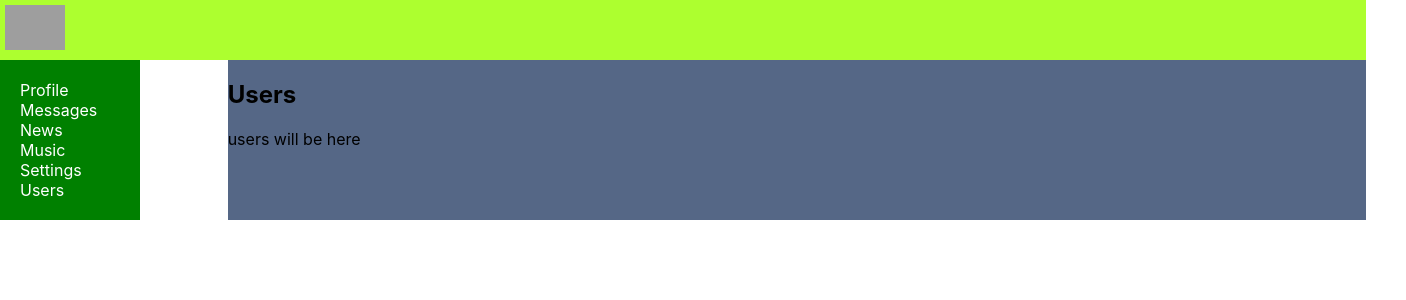
Repository: AndreyMykulych/FirstProject
Page: /users
These files come from the project's save history. The page is drawn as it stood at one moment and after the next save; the edit follows.
The browser window is 1280 px wide. The page is 1366 px wide, then 1406 px, so the pictures cover 1406 px, including what lies to the right of the window. The pictures show the whole page.
Pictures or frames that could not be fetched are drawn as grey boxes. The project was rebuilt for these pictures with package versions that can differ from the ones it lists, and the page was loaded fresh each time. Also part of the build but not shown: src/components/Profile/MyPosts/MyPosts.module.css, src/components/Profile/MyPosts/Post/Post.module.css, src/components/Profile/MyPosts/Post/Post.jsx, src/components/Profile/MyPosts/MyPosts.jsx, src/components/Profile/MyPosts/MyPostsContainer.jsx, src/components/Profile/ProfileInfo/ProfileInfo.module.css, src/components/Profile/ProfileInfo/ProfileInfo.jsx, src/components/Profile/Profile.jsx and 4 more.

Above is the page before, as saved 2022-06-27 15:01:01.

After the next save:
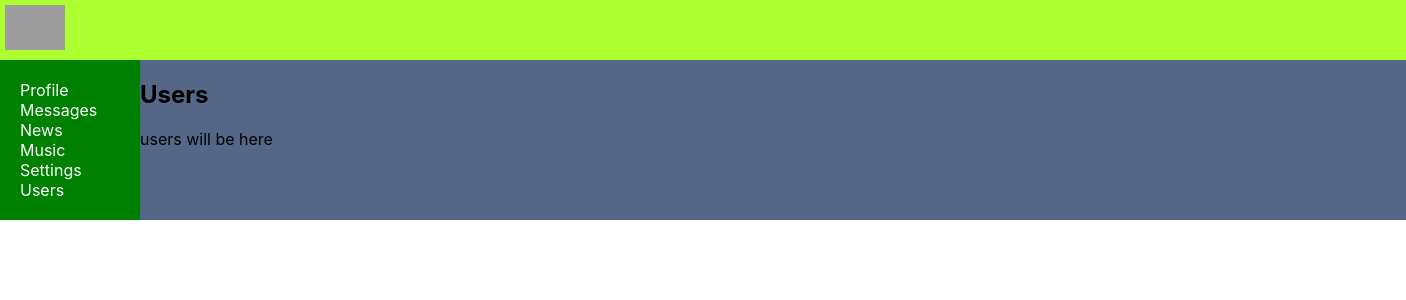
Saved 10 s later.
--- a/src/App.css
+++ b/src/App.css
@@ -16,5 +16,5 @@
 .app-wrapper-content {
   grid-area: c;
   background-color: rgb(85, 103, 134);
-
+  width:1266px;
 }
